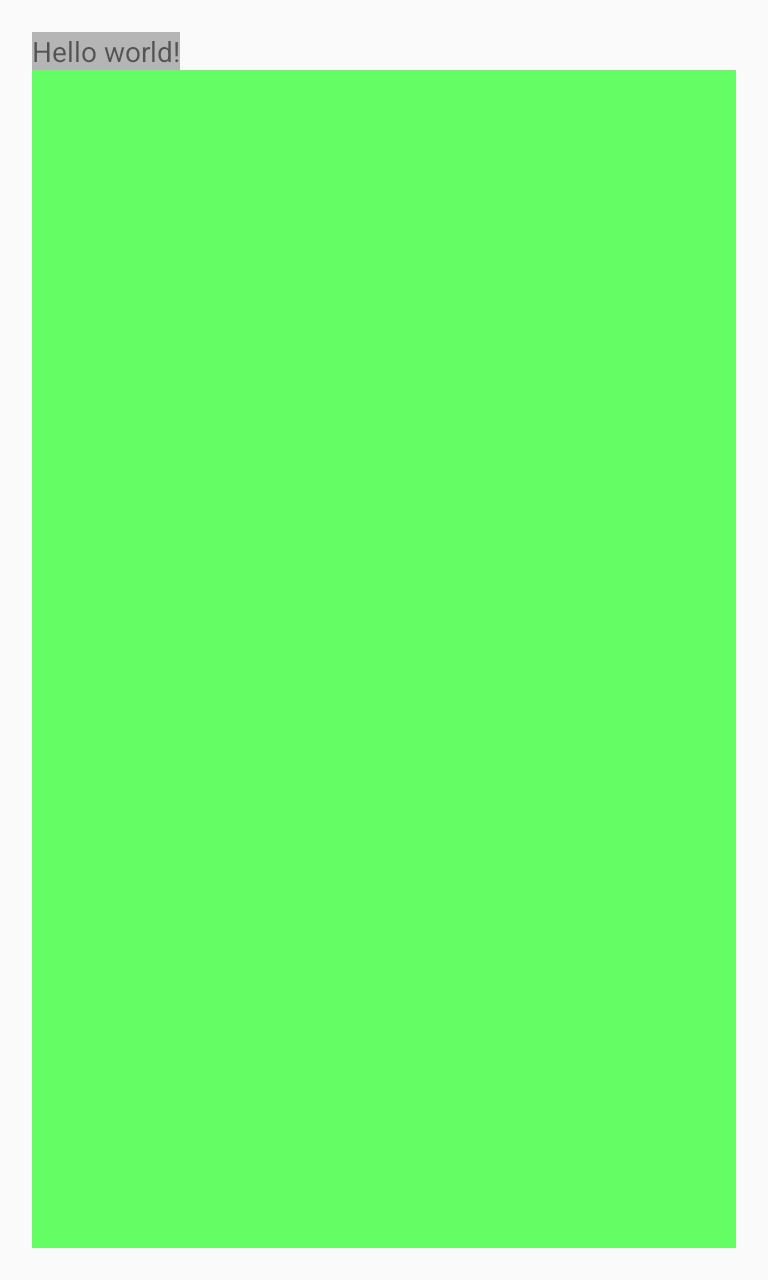
Repository: deyan-yosifov/Android
Layout: Workspace/BouncingBallGame/res/layout/activity_game.xml
These files come from the project's save history. The layout is drawn as it stood at one moment and after a run of saves; the edit follows.
It is drawn on a 768 x 1280 px phone screen (xhdpi) without system bars, with theme AppTheme; the app's code is not run.

Above is the layout before, as saved 2015-01-05 21:19:27.

After the next 2 saves:
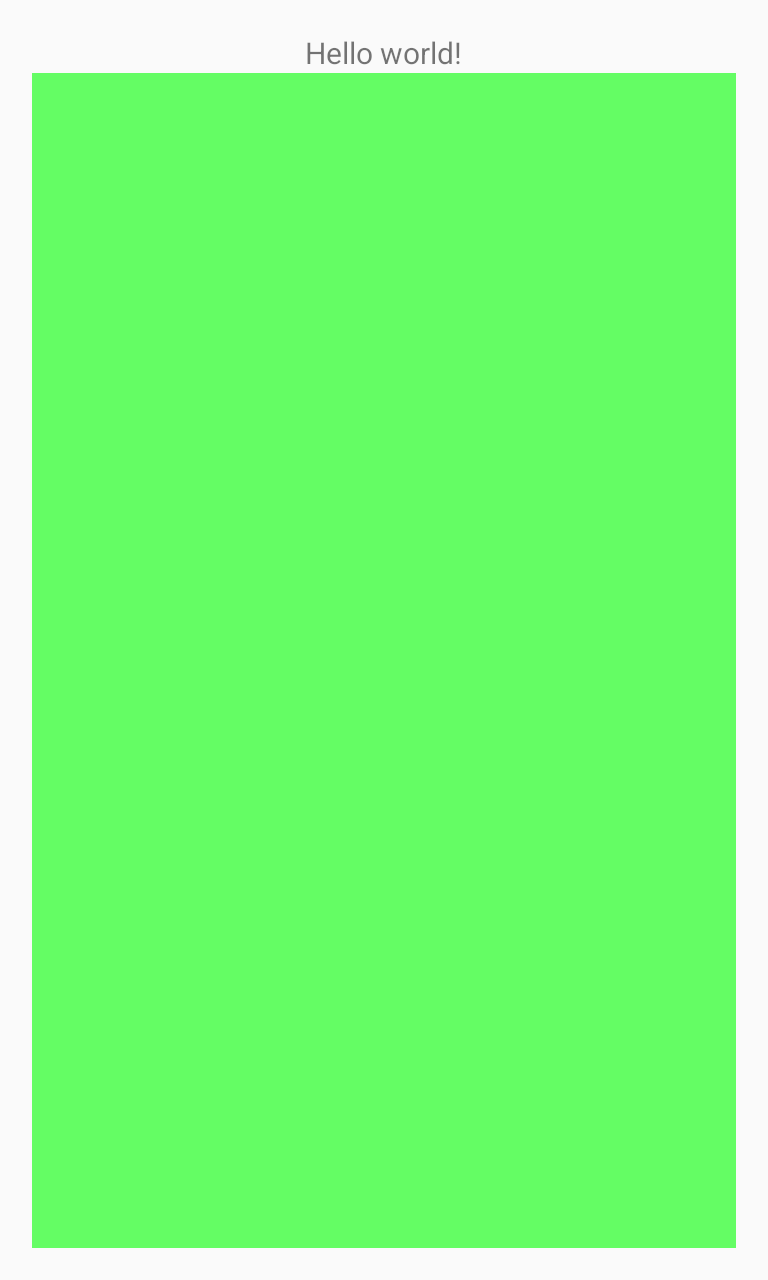
The 2 saves are shown as one change because 1 did not build or start.
The last was saved 7 min 5 s later.
--- a/Workspace/BouncingBallGame/res/layout/activity_game.xml
+++ b/Workspace/BouncingBallGame/res/layout/activity_game.xml
@@ -12,7 +12,8 @@
         android:layout_width="wrap_content"
         android:layout_height="wrap_content"
 	    android:id="@+id/score_view"
-        android:background="#99888888"
+        android:textSize="15dp"
+        android:layout_centerHorizontal="true"
         android:text="@string/hello_world" />
 
     <RelativeLayout
